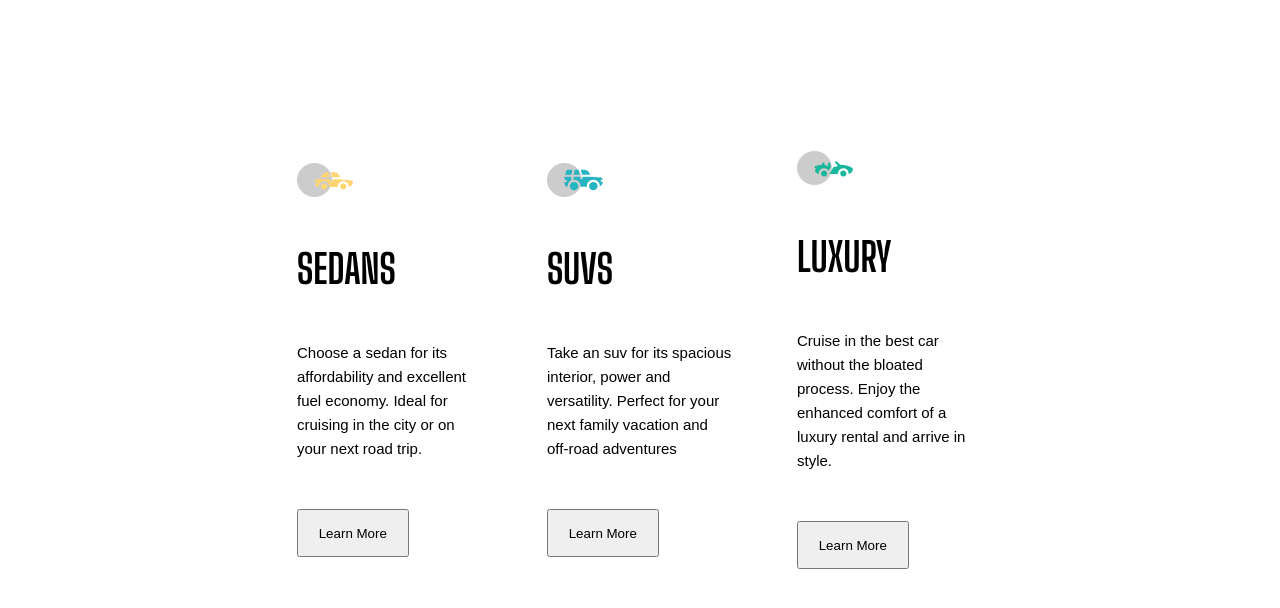
Repository: UnegbuAbigail/3-columns-cards
Page: index.html
The author's editor kept a copy of each file at every save. The page is drawn from the files as they stood at one save, then again after a run of saves.
The browser window is 1280 px wide. The pictures show the whole page.

Above is the page before, as saved 2024-08-03 14:28:51.

### index.html
<!DOCTYPE html>
<html lang="en">
<head>
    <meta charset="UTF-8">
    <meta name="viewport" content="width=device-width, initial-scale=1.0">
    <title>Document</title>
    <link rel="stylesheet" href="style.css">
</head>
<body>
    <main>
        <section>
            <!-- card-1 -->
             <div class="cards">
                <img src="assets/icon-sedans.svg" alt="sedan-car-image">
                <h2>SEDANS</h2>
                <p>Choose a sedan for its affordability and excellent fuel economy. Ideal for cruising in the city or on your next road trip.</p>
                <button>Learn More</button>
             </div>

             <!-- card-2 -->

             <div class="cards">
                <img src="assets/icon-suvs.svg" alt="">
                <h2>SUVS</h2>
          <p>
            Take an suv for its spacious interior, power and versatility.
            Perfect for your next family vacation and off-road adventures
          </p>
          <button>Learn More</button>
             </div>

             <!-- card-3 -->
             <div class="cards">
                <img src="assets/icon-luxury.svg" alt="luxury-car-image">
                <h2>LUXURY</h2>
                <p>
                    Cruise in the best car without the bloated process. Enjoy the enhanced comfort of a luxury rental and arrive in style.
                </p>
                <button>Learn More</button>
               </div>
        </section>
    </main>
</body>
</html>

### style.css
@import url('https://fonts.googleapis.com/css2?family=Lexend+Deca:wght@100..900&family=Montserrat:ital,wght@0,100..900;1,100..900&display=swap');
@import url('https://fonts.googleapis.com/css2?family=Big+Shoulders+Display:wght@100..900&family=Lexend+Deca:wght@100..900&family=Montserrat:ital,wght@0,100..900;1,100..900&display=swap');

* {
    padding: 0;
    margin: 0;
    box-sizing: border-box;
}

:root{
    --bright-orange: hsl(31, 77%, 52%);
    --dark-cyan: hsl(184, 100%, 22%);
    --very-dark-cyan: hsl(179, 100%, 13%);
    --transparent-white: hsla(0, 0%, 100%, 0.75);
    --very-light-gray: hsl(0, 0%, 95%);
    --ff-big-shoulders-display: "Big Shoulders Display", sans-serif;
    --ff-lexand-deca: "Lexand Deca", sans-serif;
}

html,body {
    display: flex;
    justify-content: center;
    align-items: center;
    /* border: 2px, solid red; */
    min-height: 100%;
}

body {
    font-size: 15px;
}

main {
    display: flex;
    justify-content: center;
    align-items: center;
    min-height: 100%;
}

section {
    /* border: 2px solid blue; */
    display: flex;
    justify-content: center;
    align-items: center;
    width: 70%;
    height: 100%;

}

/* cards */
.cards {
    display: flex;
    flex-direction: column;
    gap: 3rem;
    padding: 2rem;
}

img {
    width: 30%;
}

h2 {
    font-family: var(--ff-big-shoulders-display);
    font-weight: 700;
    font-size: 2.5rem;
}

p{
    /* color: var(--transparent-white); */
    font-family: var(--ff-lexand-deca);
    font-weight: 400;
    width: 186px;
    line-height: 1.5rem;
}

button{
    width: 60%;
    height: 3rem;
    border
}

After the next 2 saves:
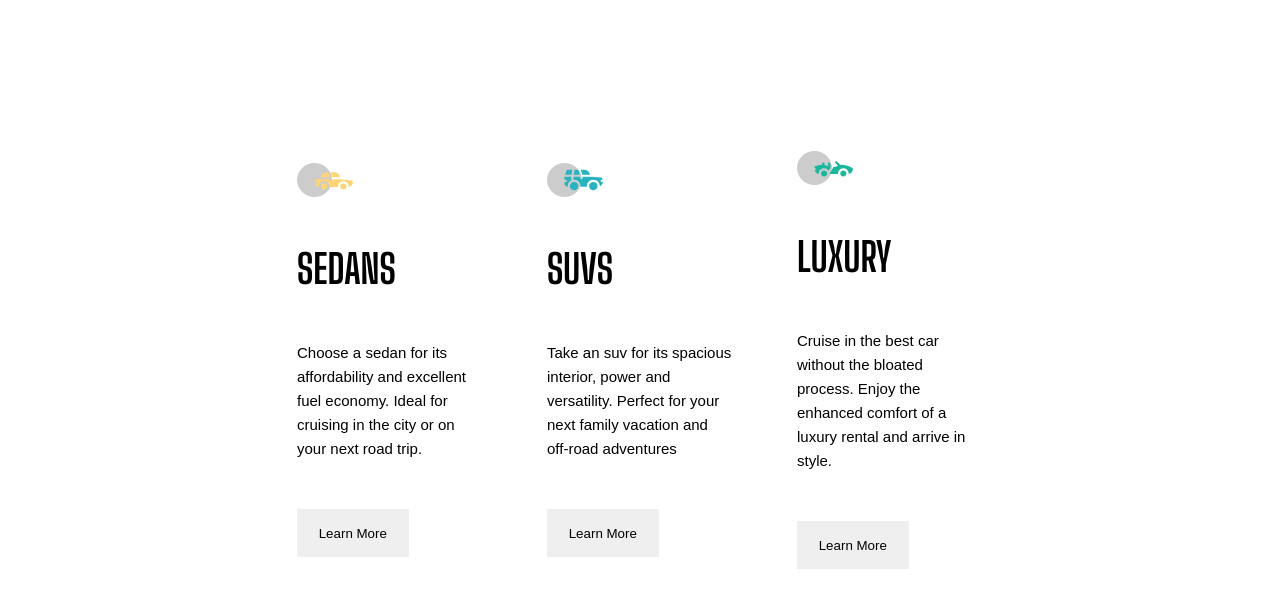
The 2 saves are shown as one change because they came seconds apart.
The last was saved 8 s later.
--- a/style.css
+++ b/style.css
@@ -75,5 +75,6 @@ p{
 button{
     width: 60%;
     height: 3rem;
-    border
+    border: none;
+
 }
